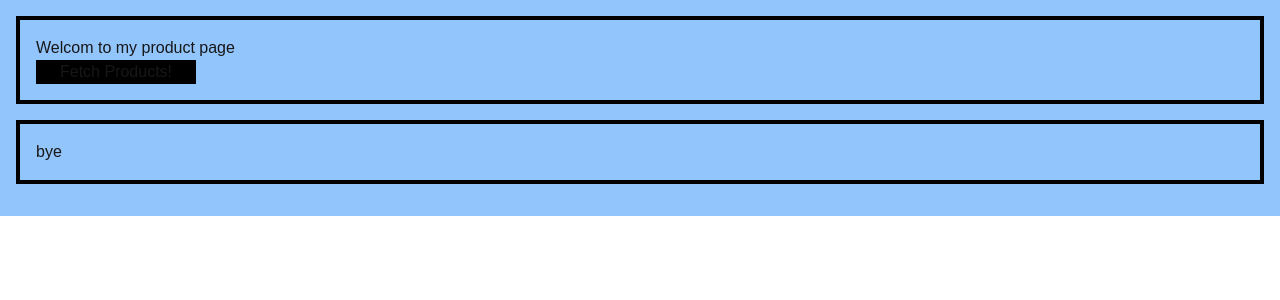
Repository: MelissaJacobi/mdia-3126
Page: /api (app in webapp-lab06/)
The author's editor kept a copy of each file at every save. The page is drawn from the files as they stood at one save, then again after the next save.
The browser window is 1280 px wide. The pictures show the whole page.
The project was rebuilt for these pictures with package versions that can differ from the ones it lists, and the page was loaded fresh each time. The framework's server and built-in components were replaced by stand-ins that run in the browser. Also part of the build but not shown: webapp-lab06/next.config.mjs.

Above is the page before, as saved 2024-10-08 15:24:38.

After the next save:
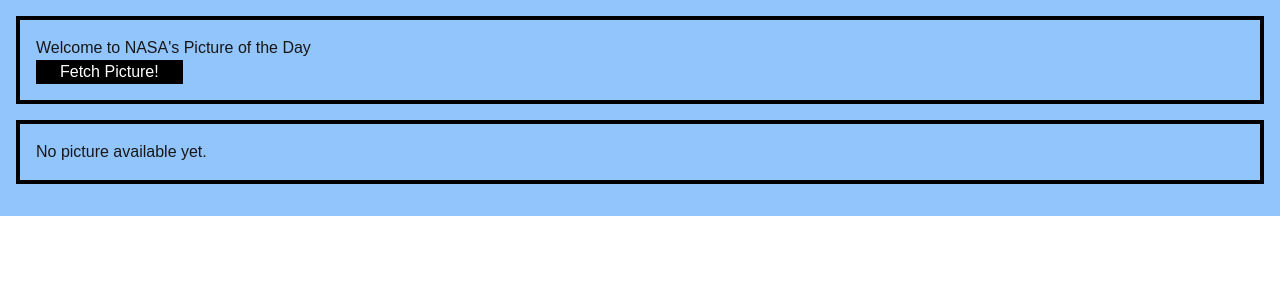
Saved 42 s later.
--- a/webapp-lab06/src/app/api/page.js
+++ b/webapp-lab06/src/app/api/page.js
@@ -1,59 +1,56 @@
-"use client"
+"use client";
 import Image from "next/image";
-import {useState} from 'react';
-
-
+import { useState } from "react";
 
 export default function Page() {
+  const DATA_URL = "https://api.nasa.gov/planetary/apod?api_key=DEMO_KEY";
+  const [data, setData] = useState(null);
 
-    const DATA_URL = "";
-    const [data, setData] = useState(null);
+  async function fetchData() {
+    try {
+      const response = await fetch(DATA_URL);
+      const data = await response.json();
+      setData(data);
+    } catch (error) {
+      console.error("Error fetching data:", error);
+    }
+  }
 
-    async function fetchData() {
-        const response = await fetch(DATA_URL);
-        const data = await response.json();
-        setData(data);
+  const PictureOfTheDay = () => {
+    if (data) {
+      return (
+        <div className="border-4 border-black p-4 mb-4">
+          <h2 className="text-lg font-bold mb-2">{data.title}</h2>
+          <Image
+            src={data.url}
+            alt={data.title}
+            width={600}
+            height={400}
+            className="mb-4"
+          />
+          <p>{data.explanation}</p>
+        </div>
+      );
+    } else {
+      return (
+        <div className="border-4 border-black p-4 mb-4">
+          No picture available yet.
+        </div>
+      );
     }
+  };
 
-
-    const ProductList = () => {
-        if (data) {
-
-            let productList = [];
-
-            data.forEach((product, index) => {
-                    productList.push(
-                    <li key={index}>{product.name}</li>
-                    );
-                }
-            );
-
-            return(
-                <div>
-                    <ul className="border-4 border-black p-4 mb-4">
-                        {productList}
-                    </ul>
-                </div>
-            )
-        } else {
-            return (
-                <div className="border-4 border-black p-4 mb-4">
-                    bye
-                </div>
-            )
-        }
-    }
-
-
-    return(
-        <div className="p-4 bg-blue-300">
-            <header className="border-4 border-black p-4 mb-4">
-                <h1>Welcom to my product page</h1>
-                <button className="border-neutral-200 bg-black px-6"
-                onClick={fetchData}
-                >Fetch Products!</button>
-            </header>
-            <ProductList />
-        </div>
-    );
+  return (
+    <div className="p-4 bg-blue-300">
+      <header className="border-4 border-black p-4 mb-4">
+        <h1>Welcome to NASA's Picture of the Day</h1>
+        <button className="border-neutral-200 bg-black px-6 text-white"
+          onClick={fetchData}
+        >
+          Fetch Picture!
+        </button>
+      </header>
+      <PictureOfTheDay />
+    </div>
+  );
 }
